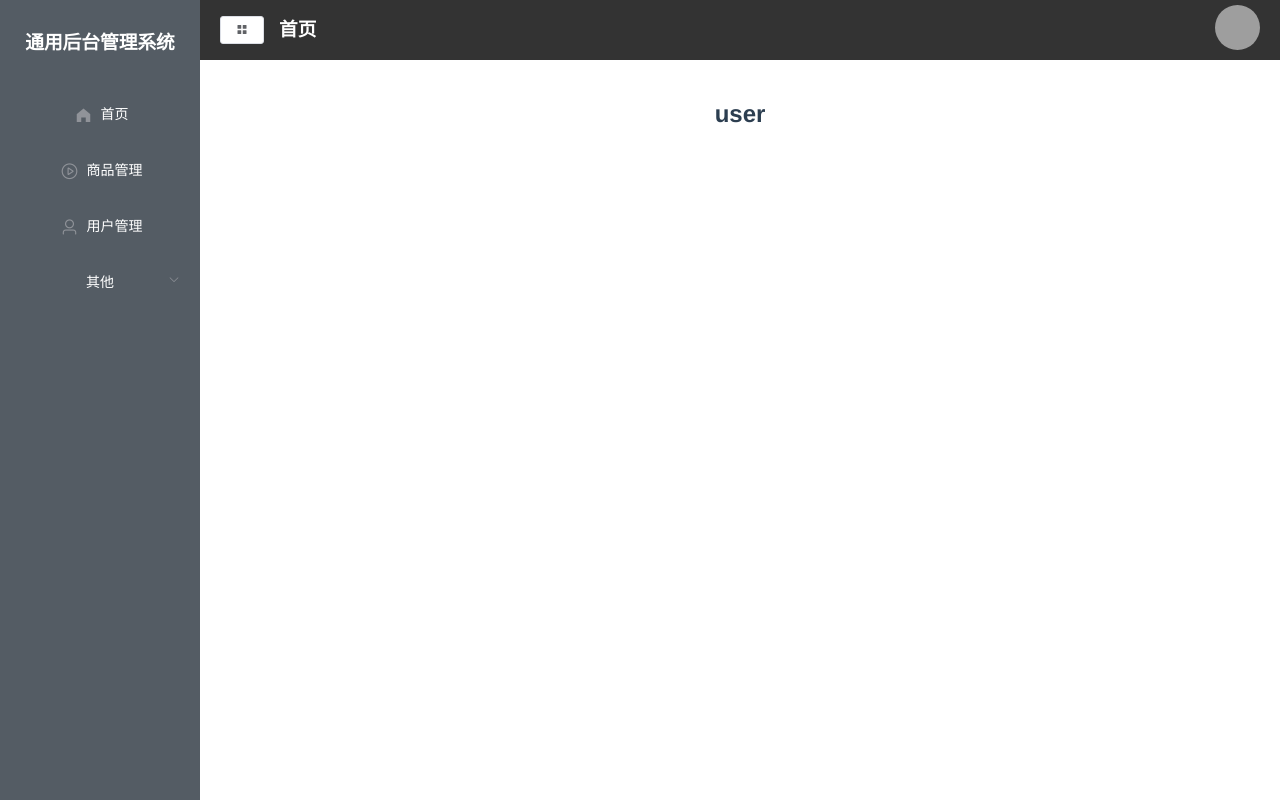
Repository: zhangwen001208/cmd
Page: /user
The author's editor kept a copy of each file at every save. The page is drawn from the files as they stood at one save, then again after the next save.
The browser window is 1280 px wide. The pictures show the whole page.
Pictures or frames that could not be fetched are drawn as grey boxes. The project was rebuilt for these pictures with package versions that can differ from the ones it lists, and the page was loaded fresh each time. Also part of the build but not shown: vue.config.js.

Above is the page before, as saved 2022-08-27 11:46:37.

### src/main.js
import Vue from 'vue'
import App from './App.vue'
import router from './router'
import store from './store'
import ElementUI from 'element-ui';
import 'element-ui/lib/theme-chalk/index.css';

import 'normalize.css'
import './assets/css/index.less'

import '../src/request/mock.js'

Vue.config.productionTip = false

Vue.use( ElementUI )

new Vue({
  router,
  store,

  render: h => h(App)
}).$mount('#app')

### src/App.vue
<template>
  <div id="app">
    <router-view/>
  </div>
</template>

<style lang="less">
#app {
  font-family: Avenir, Helvetica, Arial, sans-serif;
  -webkit-font-smoothing: antialiased;
  -moz-osx-font-smoothing: grayscale;
  text-align: center;
  color: #2c3e50;
}

nav {
  padding: 30px;

  a {
    font-weight: bold;
    color: #2c3e50;

    &.router-link-exact-active {
      color: #42b983;
    }
  }
}
</style>

### src/router/index.js

import Vue from 'vue'
import VueRouter from 'vue-router'


Vue.use(VueRouter)

const routes = [
  {
    path: '/',
    name: 'main',
    component: () => import('../views/Main.vue'),
    children: [
      {
        path: '',
        name: 'home',

        component:() => import('../views/home/home.vue')
      },
      {
        path: '/user',
        name: 'user',
        component:() => import('../views/user/user.vue')
      },
      {
        path: '/mall',
        name: 'mall',
        component:() => import('../views/mall/mall.vue')
      },
      {
        path: '/page1',
        name: 'page1',
        component:() => import('../views/other/pageOne.vue')
      },
      {
        path: '/page2',
        name: 'page2  ',
        component:() => import('../views/other/pageTwo.vue')
      }



    ]
  },

]

const router = new VueRouter({
  mode: 'history',
  base: process.env.BASE_URL,
  routes
})

export default router

### src/store/index.js
import Vue from 'vue'
import Vuex from 'vuex'
import tab from './tab'

Vue.use(Vuex)

export default new Vuex.Store({
  state: {
  },
  getters: {
  },
  mutations: {
  },
  actions: {
  },
  modules: {
    tab
  }
})

### src/assets/css/index.less
@import './base.less';

### src/request/mock.js
import Mock from 'mockjs'
import homeApi from './home.js'


Mock.mock('/home/getData',homeApi.getStatisticalData )

### src/views/Main.vue
<template>
  <div class="home">
      <el-container style="height: 100%">
        <el-aside width="auto">
          <home-aside/>
        </el-aside>
        <el-container>
          <el-header class="header">
            <home-header></home-header>
          </el-header>
          <el-main>
          <router-view></router-view>
          </el-main>
        </el-container>
    </el-container>


  </div>
</template>

<script>

// @ is an alias to /src

import HomeAside from '../components/HomeAside.vue'
import homeHeader from '../components/homeHeader.vue'

export default {
  name: 'HomeView',
  components: {
    HomeAside,
    homeHeader

  }
}
</script>
<style lang="less" scoped>
.header{
  background-color: #333;
}

</style>

### src/views/user/user.vue
<!-- eslint-disable vue/multi-word-component-names -->
<template>
    <div>
        <h2>user</h2>

    </div>
</template>

<script>
    export default {

    }
</script>

<style lang="scss" scoped>

</style>

### src/store/tab.js
export default {
    state: {
       isCollapse: false,
       tabsList: [
        {
            path: '/',
            name: 'home',
            label: '首页',
            icon: 'home'
        }
       ],
       currentMenu: null
    },
    mutations: {
        Collapsemenu(state) {
            state.isCollapse = !state.isCollapse
        },
        selectMenu(state, val) {
            if(val.name !== 'home') {
                state.currentMenu = val
                const result = state.tabsList.findIndex(item => item.name === val.name)

                if(result == -1) {
                    state.tabsList.push(val)
                }else {
                    state.currentMenu == null;
                }
            }
        }

    }
}

### src/assets/css/base.less

body{
    padding: 0;
    margin: 0;
}

html,body,#app {
    width: 100%;
    height: 100%;
}

### src/request/home.js
import Mock from 'mockjs'

let List = []

export default{
    getStatisticalData: () => {
        //Mock.Random.float 产生的随机数100到8000之间 保留小数
        for(let i = 0 ; i < 7; i++) {
            List.push(
                Mock.mock({
                    苹果: Mock.Random.float(100, 8000, 0, 0),
                    vivo: Mock.Random.float(100, 8000, 0, 0),
                    oppo: Mock.Random.float(100, 8000, 0, 0),
                    魅族: Mock.Random.float(100, 8000, 0, 0),
                    三星: Mock.Random.float(100, 8000, 0, 0),
                    小米: Mock.Random.float(100, 8000, 0, 0),
                })
            )
        }

        return {
            code: 20000,
            data: {
                //饼图
                videoData: [
                    {
                        name: '小米',
                        value: 2999
                    },
                    {
                        name: '苹果',
                        value: 5999
                    },
                    {
                        name: 'vivo',
                        value: 1500
                    },
                    {
                        name: 'opeo',
                        value: 1999
                    },
                    {
                        name: '魅族',
                        value: 888
                    },
                ],
                //柱状图
                userData: [
                    {
                        data: '周一',
                        new: 132,
                        active: 200
                    },
                    {
                        data: '周二',
                        new: 100,
                        active: 300
                    },
                    {
                        data: '周三',
                        new: 82,
                        active: 230
                    },
                    {
                        data: '周四',
                        new: 62,
                        active: 200
                    },
                    {
                        data: '周五',
                        new: 22,
                        active: 220
                    },
                    {
                        data: '周六',
                        new: 49,
                        active: 220
                    },
                    {
                        data: '周天',
                        new: 5,
                        active: 260
                    },

                ],
                //折线图
                orderData: {
                    date: ['20191001', '20191002', '20191003', '20191004', '20191005', '20191006', '20191007'],
                    data: List
                },

                tableData: [
                    {
                        name: 'oppo',
                        todayBuy: 100,
                        monthBuy: 300,
                        totalBuy: 800
                    },
                    {
                        name: 'vivo',
                        todayBuy: 100,
                        monthBuy: 300,
                        totalBuy: 800
                    },{
                        name: 'apple',
                        todayBuy: 100,
                        monthBuy: 300,
                        totalBuy: 800
                    },{
                        name: '小米',
                        todayBuy: 100,
                        monthBuy: 300,
                        totalBuy: 800
                    },{
                        name: '三星',
                        todayBuy: 100,
                        monthBuy: 300,
                        totalBuy: 800
                    },{
                        name: '魅族',
                        todayBuy: 100,
                        monthBuy: 300,
                        totalBuy: 800
                    }
                ],
            }
        }
    }
}

### src/components/HomeAside.vue
<template>
<el-menu  default-active="1-4-1"
    class="el-menu-vertical-demo"
     background-color= '#545c64'
     text-color="#fff"
     active-text-color="#ffd04b"
    @open="handleOpen" @close="handleClose"
    :collapse="isCollapse">
  <h3>{{isCollapse? '后台': '通用后台管理系统'}}</h3>
  <el-menu-item  @click="clickmenu(item)" v-for="item in nochildren" index="item.path" :key="item.path">
    <i :class="'el-icon-'+item.icon"></i>
    <span slot="title">{{item.label}}</span>
  </el-menu-item>
  <el-submenu v-for="item in haschildren" index="item.path" :key="item.path">
    <template slot="title">
      <i class="'el-icon-'+item.icon"></i>
      <span slot="title">{{item.label}}</span>
    </template>
    <el-menu-item-group v-for="subitem in item.children" index='subitem.path' :key="subitem.path">

      <el-menu-item @click="clickmenu(subitem)" index="1-1">{{subitem.label}}</el-menu-item>

    </el-menu-item-group>

  </el-submenu>


</el-menu>

</template>

<script>
export default {
    data() {
      return {

        menu:[
          {
            path: '/',
            name: 'home',
            label: '首页',
            icon: 's-home',
            url: 'Home/home'
          },
           {
            path: '/mall',
            name: 'mall',
            label: '商品管理',
            icon: 'video-play',
            url: 'MallManage/MallManage'
          },
           {
            path: '/user',
            name: 'user',
            label: '用户管理',
            icon: 'user',
            url: 'UserManage/UserManage'
          },
           {

            label: '其他',
            icon: 'location',
           children: [
            {
            path: '/page1',
            name: 'page1',
            label: '页面1',
            icon: 'setting',
            url: 'Other/pageOne'
            },
            {
            path: '/page2',
            name: 'page2',
            label: '页面2',
            icon: 'setting',
            url: 'Other/pageTwo'
            }

           ]
          }

        ]
      };
    },
    methods: {
      handleOpen(key, keyPath) {
        console.log(key, keyPath);
      },
      handleClose(key, keyPath) {
        console.log(key, keyPath);
      },
      clickmenu(item) {
        if(this.$router.path !== item.name) {
            this.$router.push({
            name: item.name,
        })
        }else {
          console.log('123')
        }
        this.$store.commit('selectMenu', item)
        console.log(item)

      }
    },
    computed: {
      nochildren() {
        return this.menu.filter(item => !item.children)
      },
      haschildren() {
         return this.menu.filter(item => item.children)
      },
      isCollapse() {
        return  this.$store.state.tab.isCollapse
      }
    }
  }
</script>

<style lang="less" scoped>
  .el-menu-vertical-demo:not(.el-menu--collapse) {
    width: 200px;
    height: 800px;

  }
  .el-menu {
    height: 800px;
    border: none;
    h3{
      color: #fff;
      text-align: center;
      line-height: 48px;

    }
  }

</style>

### src/components/homeHeader.vue
<template>
   <header>
        <div class="l-content">
            <el-button @click="hadrlemenu" plain icon="el-icon-menu" size="mini"></el-button>
            <h3 style="color: #fff">首页</h3>
         </div>
         <div class="r-content">
            <el-dropdown trigger="click" szie="mini">
                <span>
                    <img class="user" :src="userImg">
                </span>
                <el-dropdown-menu slot="dropdown">
                    <el-dropdown-item>个人中心</el-dropdown-item>
                    <el-dropdown-item>退出</el-dropdown-item>
                </el-dropdown-menu>

            </el-dropdown>

         </div>
   </header>

</template>

<script>
    export default {
        name: 'homeHeader',
        data() {
            return {
                userImg: require('../assets/img/tx.jpeg')
            }
        },
        methods: {
            hadrlemenu() {
                this.$store.commit('Collapsemenu')
            }
        }


    }
</script>

<style lang="less" scoped>
header {
    display: flex;
    height: 100%;
    justify-content: space-between;
    align-items: center;
    .l-content {
        display: flex;
        align-items: center;
        .el-button {
            margin-right: 15px;

        }
    }
    .r-content {
        .user {
            width: 45px;
            height: 45px;
            border-radius: 50%;
        }
    }
}


</style>

Loaded but not shown: public/index.html (common file)

After the next save:
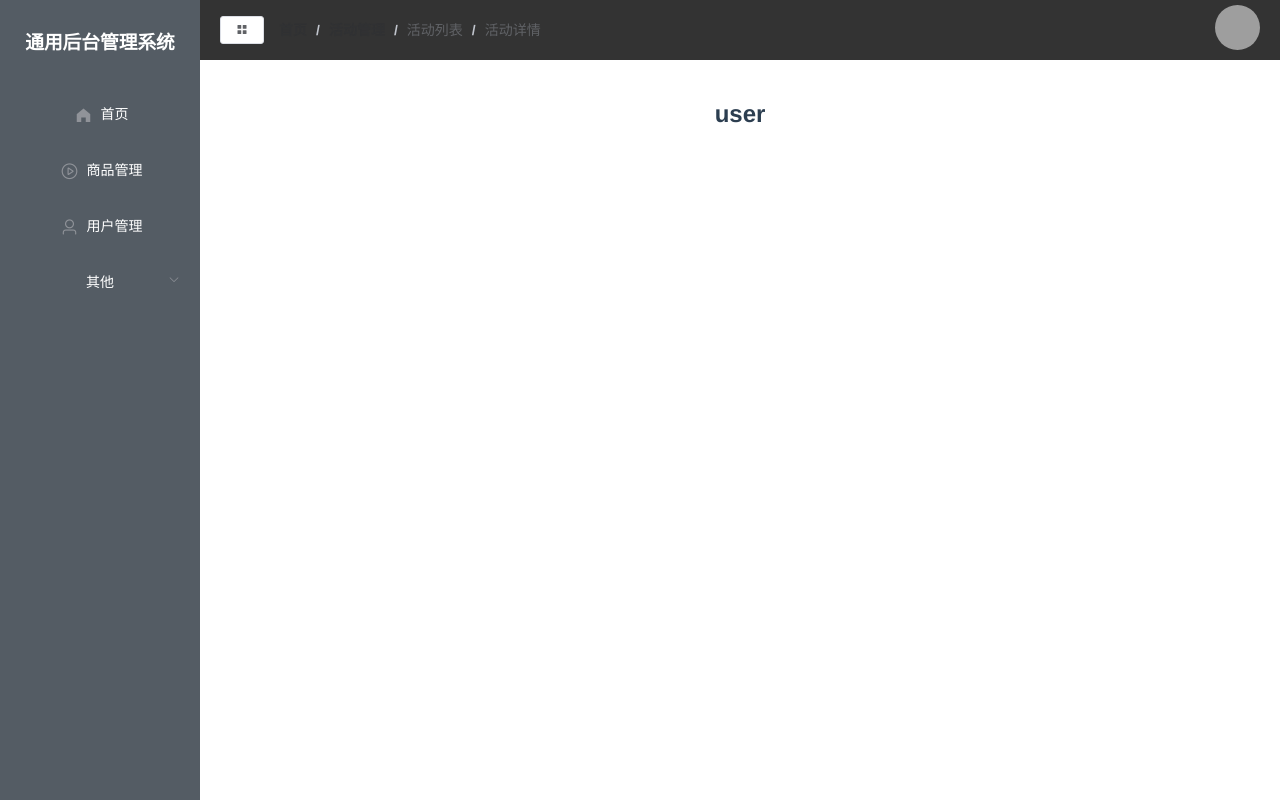
Saved 18 min 3 s later.
--- a/src/components/homeHeader.vue
+++ b/src/components/homeHeader.vue
@@ -2,7 +2,13 @@
    <header>
         <div class="l-content">
             <el-button @click="hadrlemenu" plain icon="el-icon-menu" size="mini"></el-button>
-            <h3 style="color: #fff">首页</h3>
+            <!-- <h3 style="color: #fff">首页</h3> -->
+            <el-breadcrumb separator="/">
+                    <el-breadcrumb-item :to="{ path: '/' }">首页</el-breadcrumb-item>
+                    <el-breadcrumb-item><a href="/">活动管理</a></el-breadcrumb-item>
+                    <el-breadcrumb-item>活动列表</el-breadcrumb-item>
+                    <el-breadcrumb-item>活动详情</el-breadcrumb-item>
+            </el-breadcrumb>
          </div>
          <div class="r-content">
             <el-dropdown trigger="click" szie="mini">
